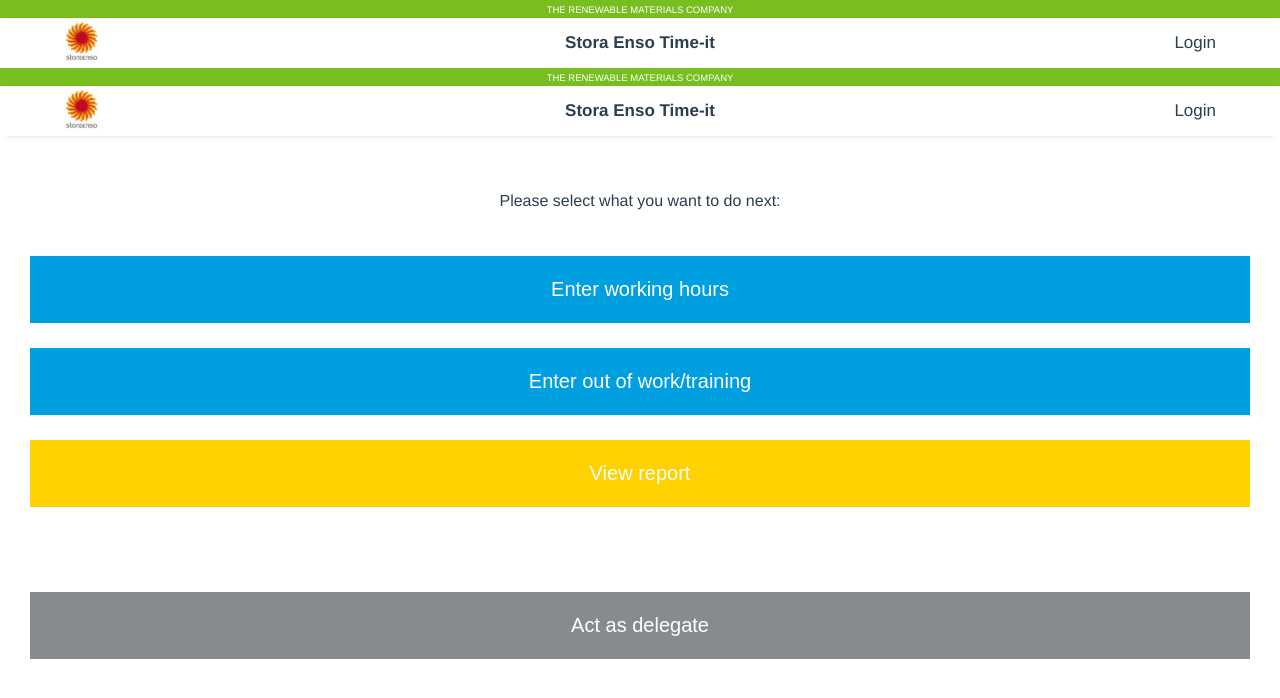
Repository: marianreha/vue-timeit
Page: /
These files come from the project's save history. The page is drawn as it stood at one moment and after the next save; the edit follows.
The browser window is 1280 px wide. The pictures show the whole page.
Some web fonts or font styles are not loaded; a fallback is used. The project was rebuilt for these pictures with package versions that can differ from the ones it lists, and the page was loaded fresh each time. Also part of the build but not shown: vue.config.js.

Above is the page before, as saved 2020-03-30 18:10:24.

### src/App.vue
<template>
  <div id="app">
    <Navbar />
    <Home />
  </div>
</template>

<script>
import Navbar from './components/Navbar'
import Home from './components/Home'

export default {
  name: 'App',
  components: {
    Navbar,
    Home,
  }
}
</script>

<style>
@import url(//db.onlinewebfonts.com/c/2afedaab5a5177410b408023384af22d?family=HelveticaNeueLTW01-55Roman);

#app {
  font-family: Helvetica, Arial, sans-serif;
  -webkit-font-smoothing: antialiased;
  -moz-osx-font-smoothing: grayscale;
  text-align: center;
  color: #2c3e50;
  padding: 0px;
}

body {
  margin: 0;
}

* {
    cursor: default;
}

</style>

### src/components/Navbar.vue
<template>
  <div>
      <div class="navbar-green">
          The renewable materials company
      </div>
      <div class="navbar-main">
          <div class="child"><span><img class="logo" src="../assets/logo.jpg" alt="logo"></span></div>
          <div class="child"><span class="title">Stora Enso Time-it</span></div>
          <div class="child"><span class="user">Login</span></div>
      </div>
  </div>
</template>

<script>
export default {
    name: 'Navbar',
}
</script>

<style>
.navbar-green {
    padding: 4px 0 3px 0;
    background-color: #78BE20;
    color: #FFFFFF;
    font-size: 9.5px;
    text-transform: uppercase;
}

.navbar-main {
    display: flex;
    flex: 1;
    height: 2rem;
    align-items: center;
    padding: 25px 5%;
    box-shadow: 0 3px 8px -8px;
    box-sizing: border-box;
}

.child {
    flex: 1;
    display: flex;
    justify-content: center;
}

.child:first-child > span {
    margin-right: auto;
}

.child:last-child > span {
    margin-left: auto;
}

.logo {
    height: 40px;
}

.title {
    font-weight: bold;
    font-size: 17px;
    flex-grow: 1;
}

.user {
    margin-left: auto;
    font-size: 17px;
}
</style>>

### src/components/Home.vue
<template>
    <div>
        <Navbar />
        <p>Please select what you want to do next:</p>
        <div class="container">
            <button class="btn">Enter working hours</button>
            <button class="btn">Enter out of work/training</button>
            <button class="btn btn-yellow">View report</button>
            <button class="btn btn-delegate">Act as delegate</button>
        </div>
    </div>
</template>

<script>
import Navbar from './Navbar'

export default {
    name: "Home",
    components: {
        Navbar
    }
}
</script>

<style>
p {
    padding: 40px 0 30px 0;
}

.container {
    padding: 0 30px;
    display: flex;
    flex-direction: column;
}

.btn {
    padding: 22px;
    margin-bottom: 25px;
    background-color: #009FDF;
    border: none;
    outline: none;
    color: #ffffff;
    font-size: 20px;
}

.btn:hover {
    background-color: #006cbe;
}

.btn-yellow {
    background-color: #FFD100;
}

.btn-delegate {
    background-color: #888B8D;
    margin-top: 60px;
}

</style>

Loaded but not shown: public/index.html (common file); src/main.js (common file)

After the next save:
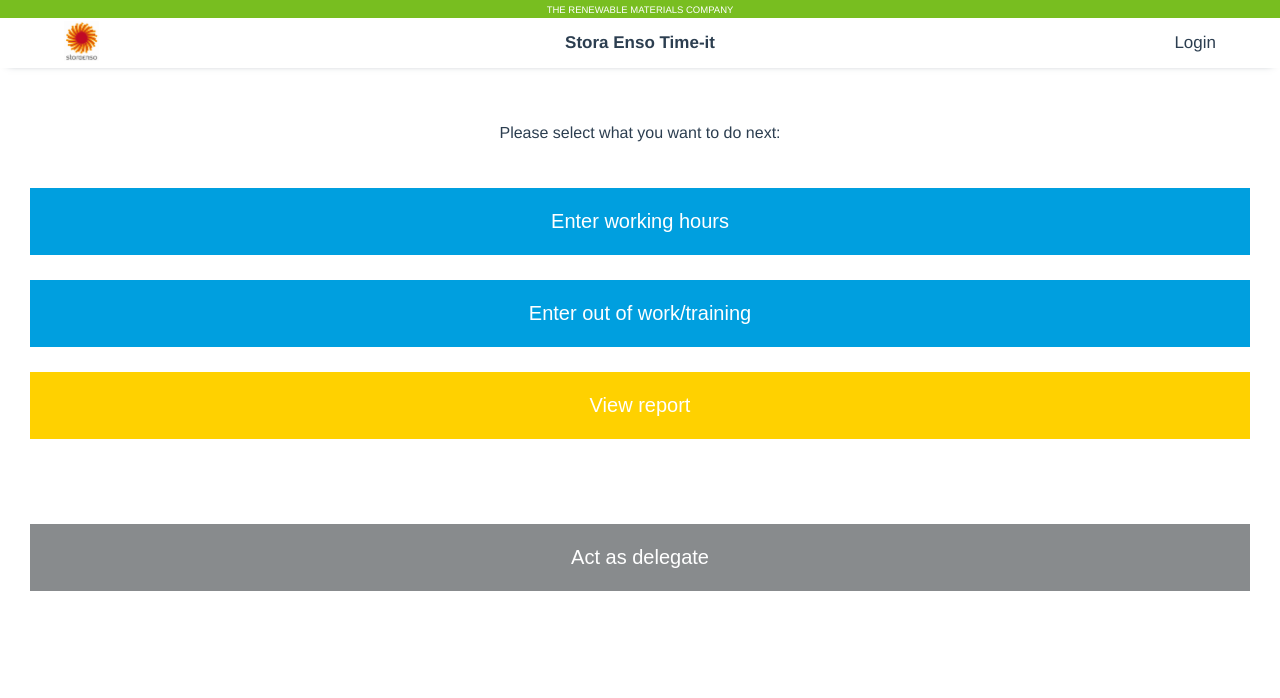
Saved 29 s later.
--- a/src/App.vue
+++ b/src/App.vue
@@ -1,18 +1,15 @@
 <template>
   <div id="app">
-    <Navbar />
     <Home />
   </div>
 </template>
 
 <script>
-import Navbar from './components/Navbar'
 import Home from './components/Home'
 
 export default {
   name: 'App',
   components: {
-    Navbar,
     Home,
   }
 }
